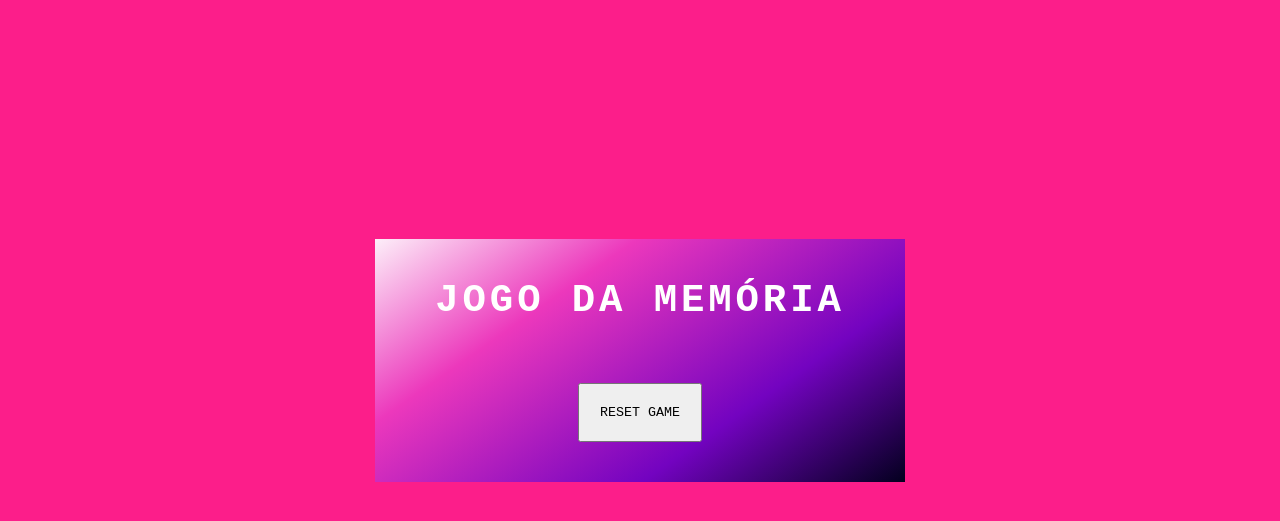
Repository: gustavotwist/memory-game
Page: index.html
The author's editor kept a copy of each file at every save. The page is drawn from the files as they stood at one save, then again after a run of saves.
The browser window is 1280 px wide. The pictures show the whole page.

Above is the page before, as saved 2024-10-15 19:21:52.

After the next 3 saves:
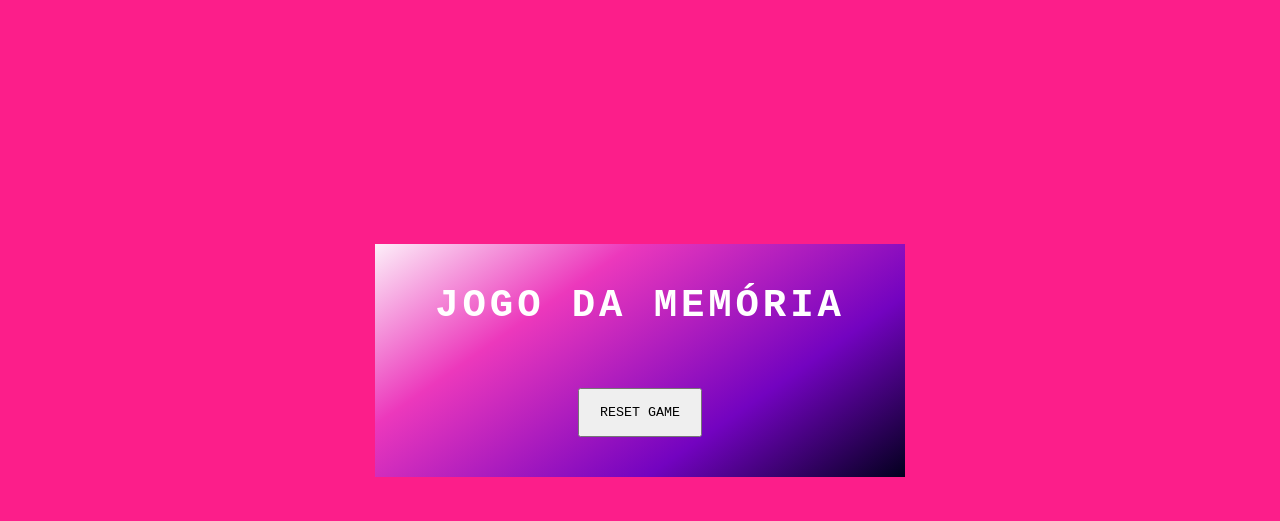
The 3 saves are shown as one change because they came seconds apart.
The last was saved 10 s later.
--- a/src/styles/main.css
+++ b/src/styles/main.css
@@ -25,5 +25,5 @@ h2 {
 }
 
 .reset {
-    padding: 20px;
+    padding: 15px 20px;
 }
